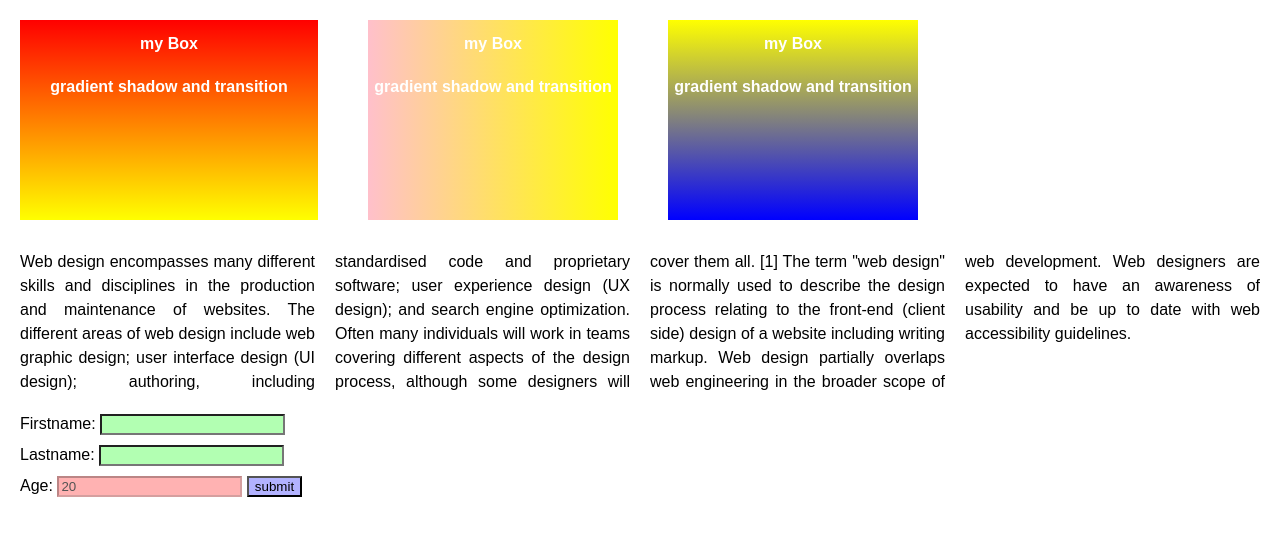
Repository: nuwat-wa/Lab_Ass_WebDesign
Page: HW04-2_IT_Sec1/lab4-2.html
These files come from the project's save history. The page is drawn as it stood at one moment and after the next save; the edit follows.
The browser window is 1280 px wide. The pictures show the whole page.
The pointer rests on the first visible `.box`.

Above is the page before, as saved 2026-10-20 23:35:10.

After the next save:
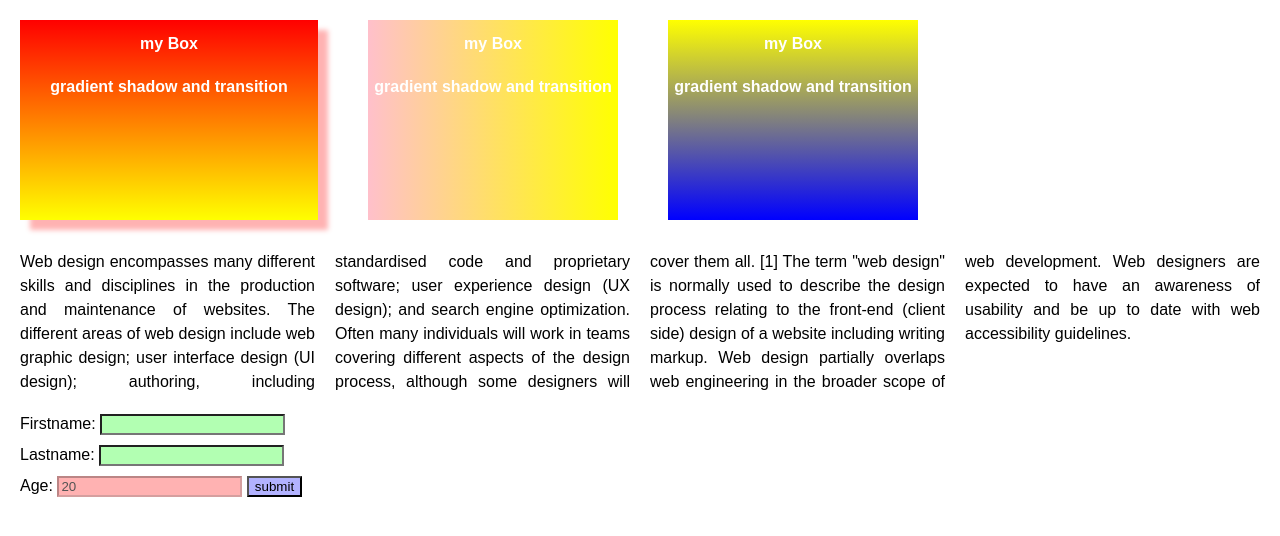
Saved 9 s later.
--- a/HW04-2_IT_Sec1/lab4-2.html
+++ b/HW04-2_IT_Sec1/lab4-2.html
@@ -31,7 +31,7 @@
       }
 
       .box:hover {
-
+        box-shadow: 10px 10px 5px rgba(255, 0, 0, 0.3);
       }
 
       .box h2 {
